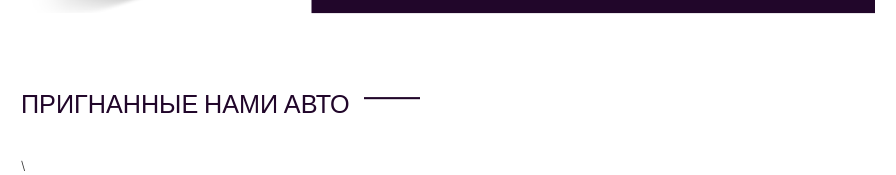
Repository: AlexandrLewandowski/site-1
Page: index.html
The author's editor kept a copy of each file at every save. The page is drawn from the files as they stood at one save, then again after the next save.
The browser window is 1280 px wide. The pictures show the part of the page from y = 2674 to 4594 px (the page is 2924 px tall before and 4944 px after), at 70% of full size.

Above is the page before, as saved 2024-05-06 16:48:49.

After the next save:
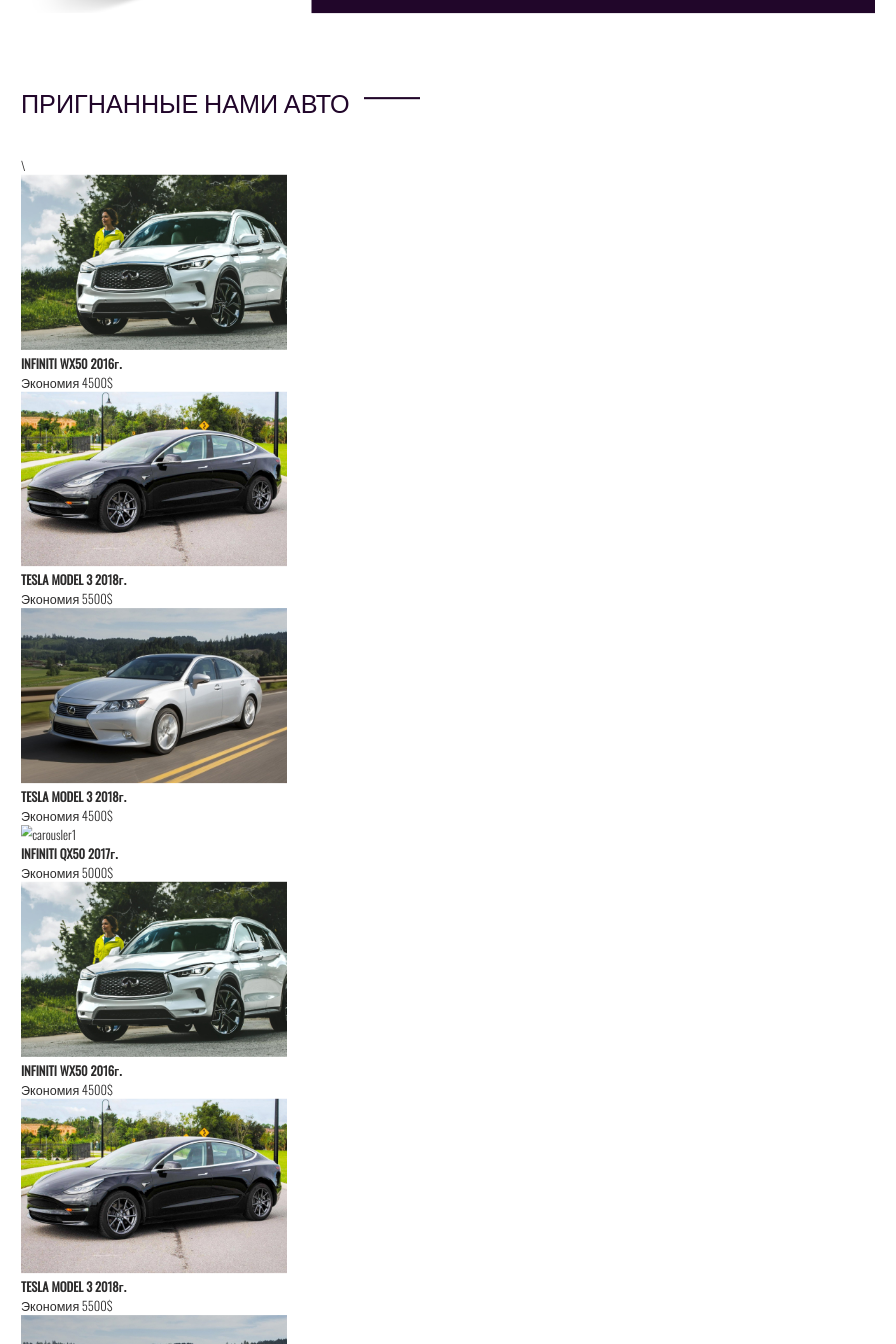
Not found: images/carousel/4.jpg
Saved 7 min 29 s later.
--- a/index.html
+++ b/index.html
@@ -165,9 +165,61 @@
             </h2>
             <div class="carousel__inner">\
                 <div class="carousel__item">
-                    <div class="carousel__item-box"></div>
-                </div>
-            </div>
+                    <div class="carousel__item-box">
+                        <img class="carousel__item-img" src="images/carousel/1.jpg" alt="carousler1">
+                        <h4 class="carousel__item-title">INFINITI WX50 2016г.</h4>
+                        <p class="carousel__item-text">Экономия 4500$</p>
+                    </div>
+                </div>
+                <div class="carousel__item">
+                    <div class="carousel__item-box">
+                        <img class="carousel__item-img" src="images/carousel/2.jpg" alt="carousler1">
+                        <h4 class="carousel__item-title">TESLA MODEL 3 2018г.</h4>
+                        <p class="carousel__item-text">Экономия 5500$</p>
+                    </div>
+                </div>
+                <div class="carousel__item">
+                    <div class="carousel__item-box">
+                        <img class="carousel__item-img" src="images/carousel/3.jpg" alt="carousler1">
+                        <h4 class="carousel__item-title">TESLA MODEL 3 2018г.</h4>
+                        <p class="carousel__item-text">Экономия 4500$</p>
+                    </div>
+                </div>
+                <div class="carousel__item">
+                    <div class="carousel__item-box">
+                        <img class="carousel__item-img" src="images/carousel/4.jpg" alt="carousler1">
+                        <h4 class="carousel__item-title">INFINITI QX50 2017г.</h4>
+                        <p class="carousel__item-text">Экономия 5000$</p>
+                    </div>
+                </div>
+                <div class="carousel__item-box">
+                    <img class="carousel__item-img" src="images/carousel/1.jpg" alt="carousler1">
+                    <h4 class="carousel__item-title">INFINITI WX50 2016г.</h4>
+                    <p class="carousel__item-text">Экономия 4500$</p>
+                </div>
+            </div>
+            <div class="carousel__item">
+                <div class="carousel__item-box">
+                    <img class="carousel__item-img" src="images/carousel/2.jpg" alt="carousler1">
+                    <h4 class="carousel__item-title">TESLA MODEL 3 2018г.</h4>
+                    <p class="carousel__item-text">Экономия 5500$</p>
+                </div>
+            </div>
+            <div class="carousel__item">
+                <div class="carousel__item-box">
+                    <img class="carousel__item-img" src="images/carousel/3.jpg" alt="carousler1">
+                    <h4 class="carousel__item-title">TESLA MODEL 3 2018г.</h4>
+                    <p class="carousel__item-text">Экономия 4500$</p>
+                </div>
+            </div>
+            <div class="carousel__item">
+                <div class="carousel__item-box">
+                    <img class="carousel__item-img" src="images/carousel/4.jpg" alt="carousler1">
+                    <h4 class="carousel__item-title">INFINITI QX50 2017г.</h4>
+                    <p class="carousel__item-text">Экономия 5000$</p>
+                </div>
+            </div>
+        </div>
         </div>
     </section>
 
